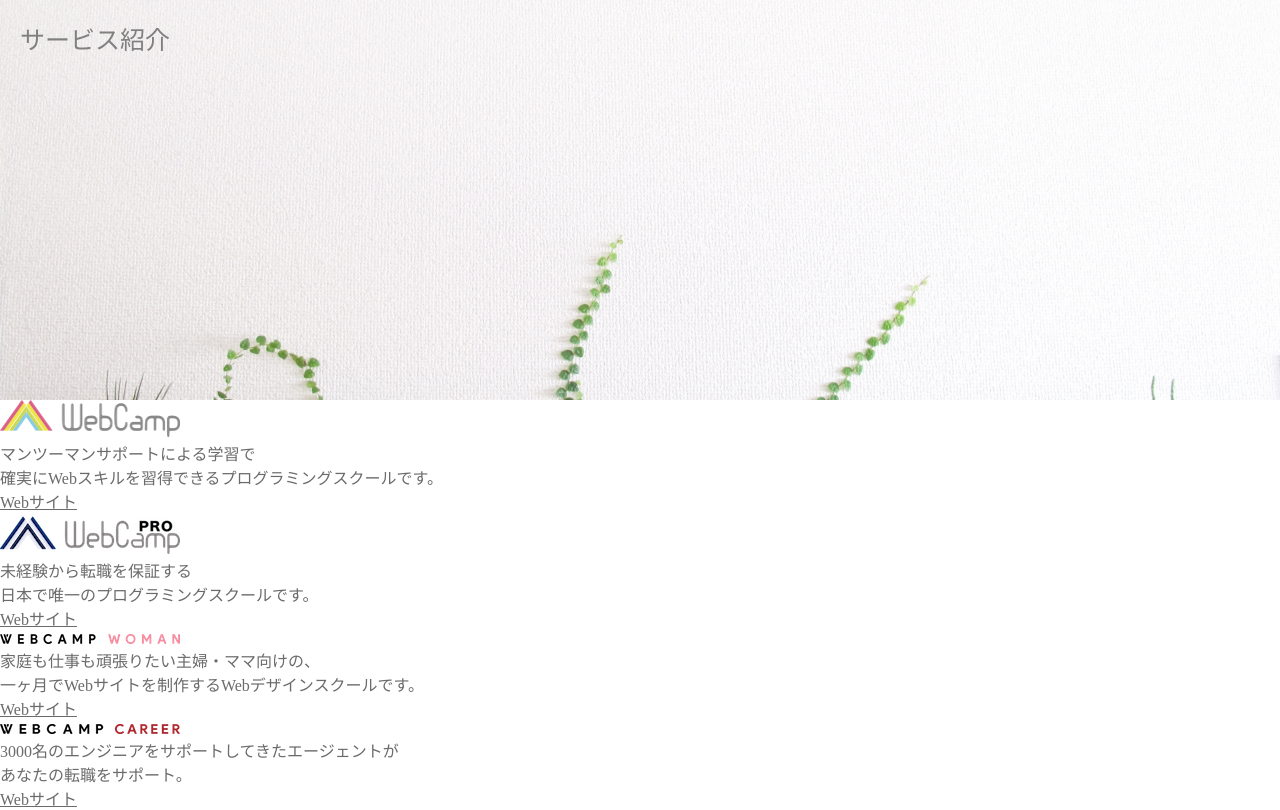
Repository: pooh0721/-
Page: c7/c7.html
The author's editor kept a record of every edit. The page is drawn from the files as they stood at one moment, then again after the next edit.
The browser window is 1280 px wide. The pictures show the whole page.

Above is the page before.

### c7/c7.html
<!DOCTYPE html>
<html lang="ja">
  <head>
    <meta charset="UTF-8" />
    <!-- CSSファイルの読み込み -->
    <link rel="stylesheet" href="style.css" />
    <title>c7</title>
    <head>
      <body>
      <div class="visual">

          <p class="v-text">
            サービス紹介
          </p>
      </div>
      <main>
        <section class="service1">
           <div class="item1">
             <img class="image" src=img/wc-logo.png></img>
             <section class="text">
               <p>
                 マンツーマンサポートによる学習で<br>
                 確実にWebスキルを習得できるプログラミングスクールです。<be></be>
                </p>
                <a href="index.html">Webサイト</a>

             </section>
             <div/>
        </section>
         <section class="service1">
           <div class="item2">
             <img class="image" src=img/wcp-logo.png></img>

             <section class="text">
               <p>
                 未経験から転職を保証する<br>

                 日本で唯一のプログラミングスクールです。<be></be>
                </p>
                <a href="index.html">Webサイト</a>
             <div/>
             </section>
             </section>
              <section class="service1">
           <div class="item">
             <img class="image" src=img/wcw-logo.png></img>
             <section class="text">
               <p>
                 家庭も仕事も頑張りたい主婦・ママ向けの、<br>
                 一ヶ月でWebサイトを制作するWebデザインスクールです。<be></be>
                </p>
                <a href="index.html">Webサイト</a>
             <div/>
             </section>
        </section>
         <section class="service1">
           <div class="item">
             <img class="image" src=img/wcc-logo.png></img>

             <section class="text">
               <p>
                 3000名のエンジニアをサポートしてきたエージェントが<br>
                 あなたの転職をサポート。<be></be>
                </p>
                <a href="index.html">Webサイト</a>
             <div/>
             </section>
        </section>
        </section>

        </div>
      </main>
      </body>
    </head>

### c7/style.css
* {
  margin: 0;
  padding: 0;
  box-sizing: border-box;
  color: #6c6b6b;
}
.visual {
  width: 100%;
  height: 400px;
  background-image: url(img/mv.jpg);
  background-position: center;
  background-size: cover;
}

.v-text{
  padding: 20px 0 0 20px;
  color: #808080;
  font-size: 25px;
}

After the next edit:
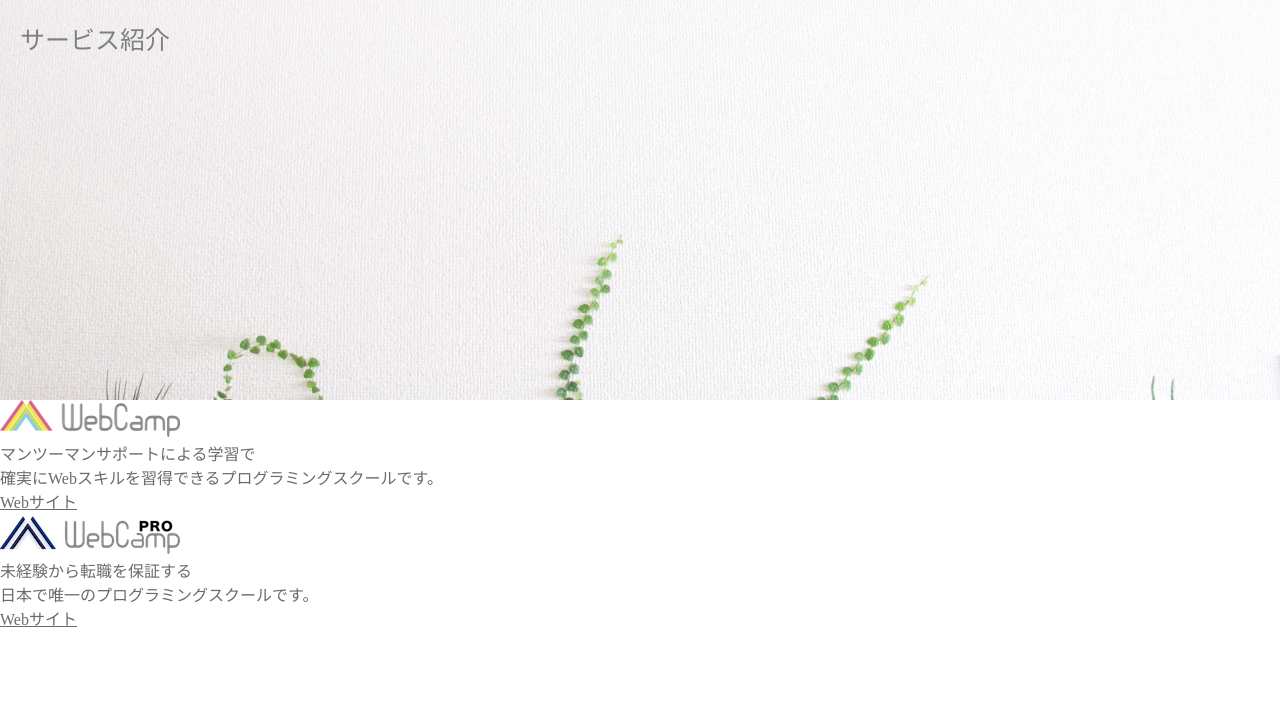
The edit:
--- a/c7/c7.html
+++ b/c7/c7.html
@@ -41,32 +41,6 @@
              <div/>
              </section>
              </section>
-              <section class="service1">
-           <div class="item">
-             <img class="image" src=img/wcw-logo.png></img>
-             <section class="text">
-               <p>
-                 家庭も仕事も頑張りたい主婦・ママ向けの、<br>
-                 一ヶ月でWebサイトを制作するWebデザインスクールです。<be></be>
-                </p>
-                <a href="index.html">Webサイト</a>
-             <div/>
-             </section>
-        </section>
-         <section class="service1">
-           <div class="item">
-             <img class="image" src=img/wcc-logo.png></img>
-
-             <section class="text">
-               <p>
-                 3000名のエンジニアをサポートしてきたエージェントが<br>
-                 あなたの転職をサポート。<be></be>
-                </p>
-                <a href="index.html">Webサイト</a>
-             <div/>
-             </section>
-        </section>
-        </section>
 
         </div>
       </main>
